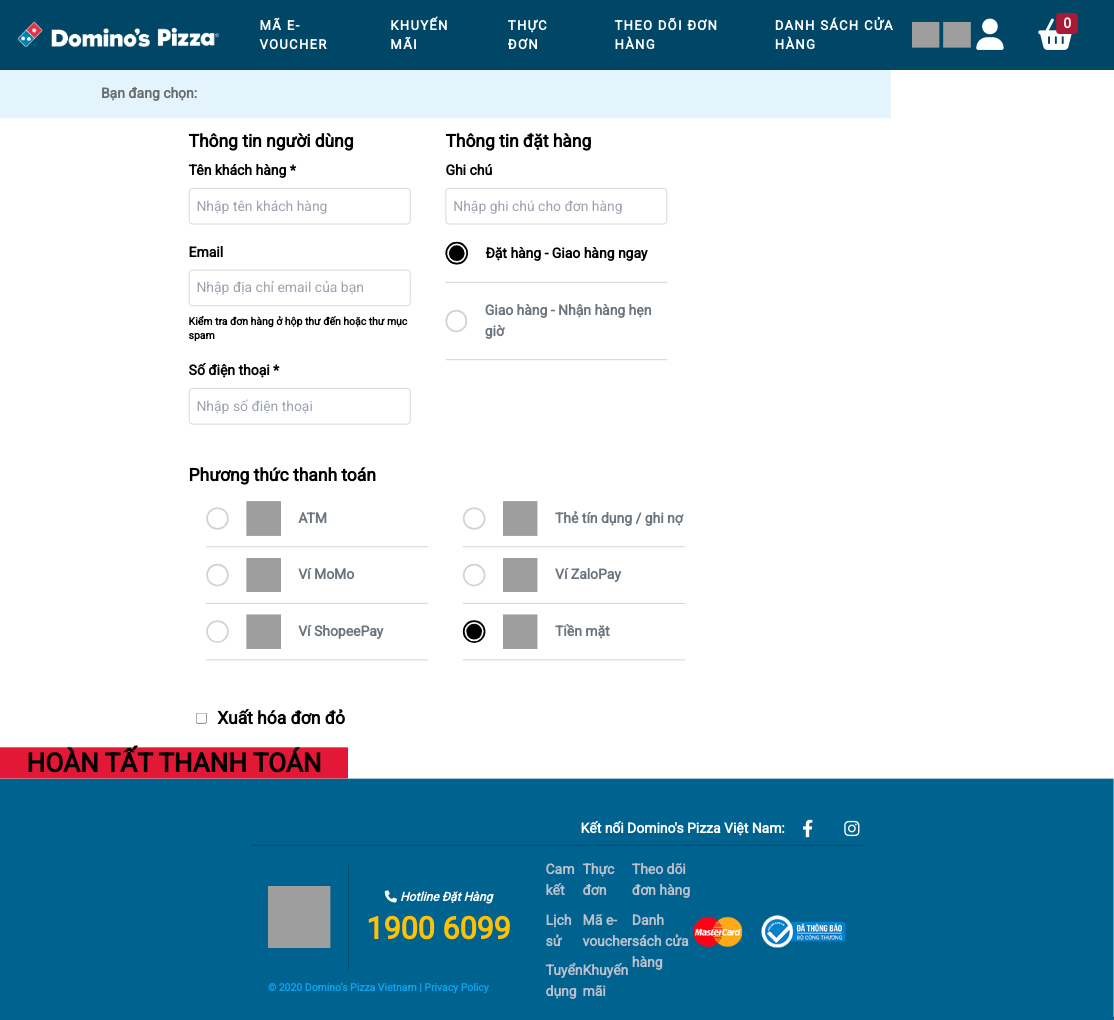
Repository: iphoneboy46/pizza-domino
Page: /thanhtoan
These files come from the project's save history. The page is drawn as it stood at one moment and after a run of saves; the edit follows.
The browser window is 1280 px wide. The pictures show the whole page, at 87% of full size.
Pictures or frames that could not be fetched are drawn as grey boxes. The page's requests for data from a server got no answer. Some web libraries are served in a nearby version. The project was rebuilt for these pictures with package versions that can differ from the ones it lists, and the page was loaded fresh each time. No one was signed in, and anything a server would have sent is missing. Also part of the build but not shown: src/components/Slides/Slides.css, src/components/Slides/Slides.js, src/components/SearchAddress/SearchAddress.css, src/components/SearchAddress/SearchAddress.js, src/components/page/Order/Order.js, src/components/page/Home/Home.css, src/components/page/Login/Login.css, src/components/page/InputField/InputField.js and 35 more.

Above is the page before, as saved 2023-03-01 14:14:25.

After the next 2 saves:
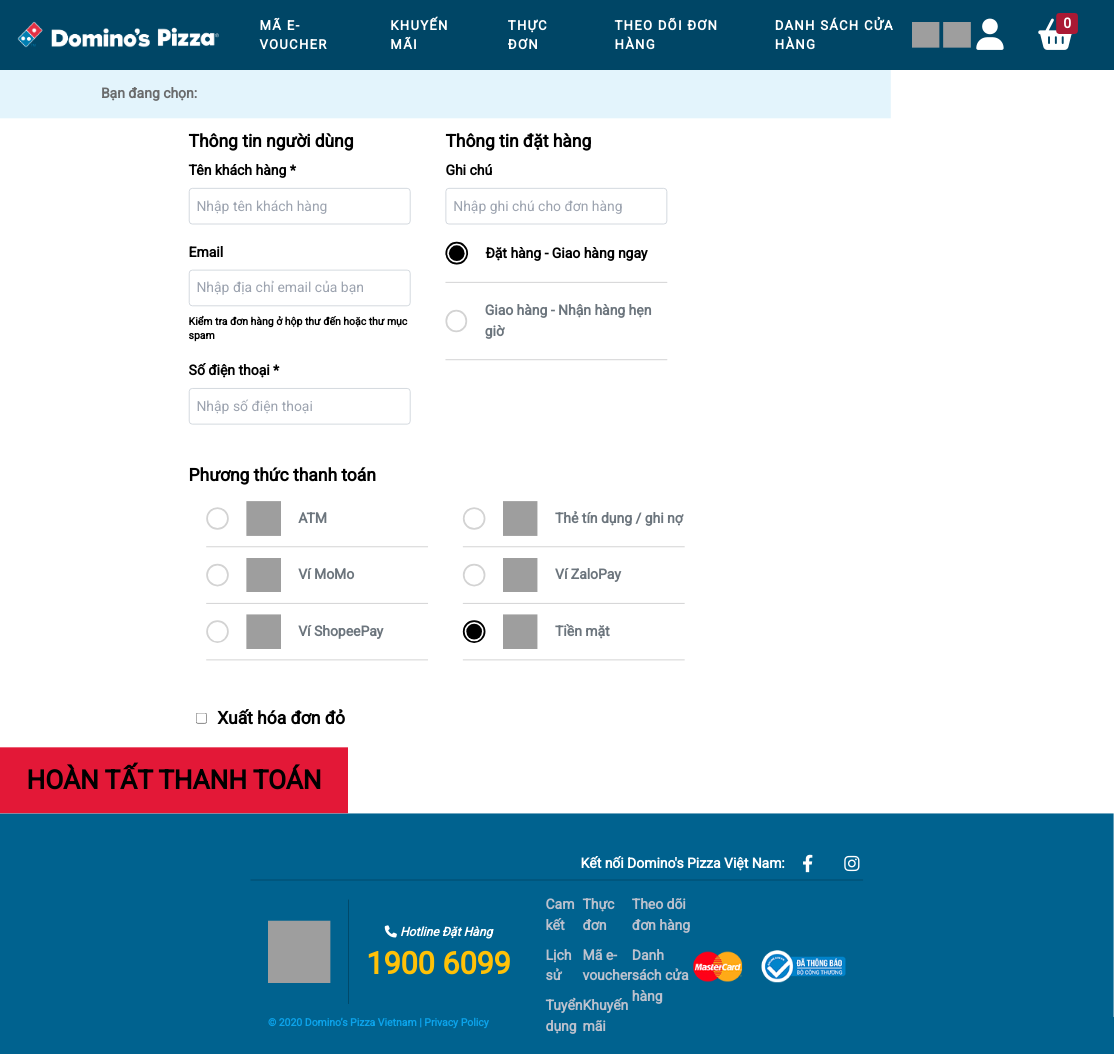
The 2 saves are shown as one change because they came seconds apart.
The last was saved 13 s later.
--- a/src/components/page/ThanhToan/ThanhToan.js
+++ b/src/components/page/ThanhToan/ThanhToan.js
@@ -415,7 +415,7 @@
               </div>
             )}
           </div>
-          <div className="flex justify-center font-bold text-3xl uppercase bg-[#E31837] w-[400px]">Hoàn tất thanh toán</div>
+          <div className="flex justify-center font-bold text-3xl uppercase bg-[#E31837] w-[400px] p-5">Hoàn tất thanh toán</div>
         </div>
 
         <div className="w-[20%]"></div>
